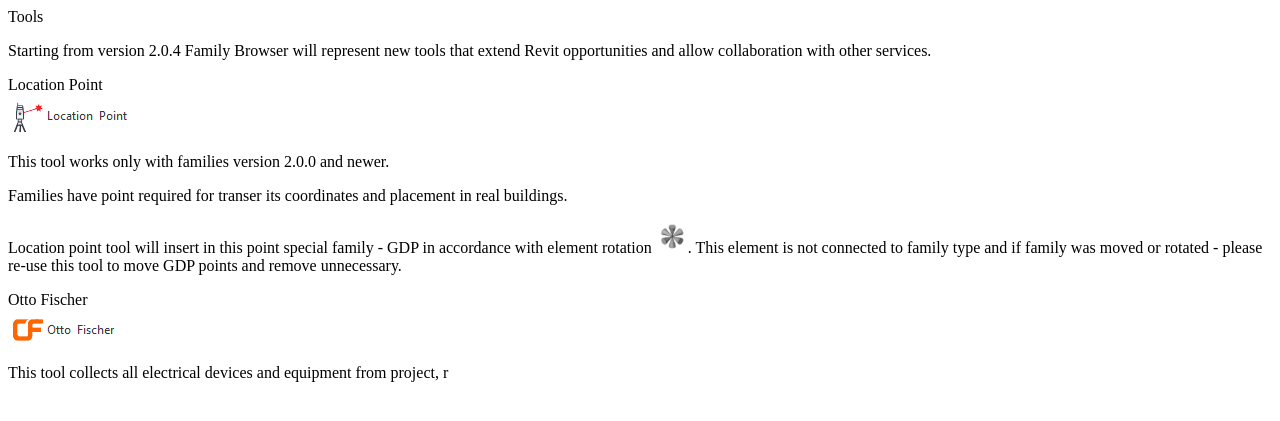
Repository: RomanLavrov/FamilyBrowserUserGuide
Page: http://localhost/FamilyBrowser/application/views/en/tools_view.php
The author's editor kept a copy of each file at every save. The page is drawn from the files as they stood at one save, then again after a run of saves.
The browser window is 1280 px wide. The pictures show the whole page.
The page is run by PHP 8.4 with error messages shown; the project is at /var/www/html/.

Above is the page before, as saved 2019-10-24 12:13:41.

After the next 2 saves:
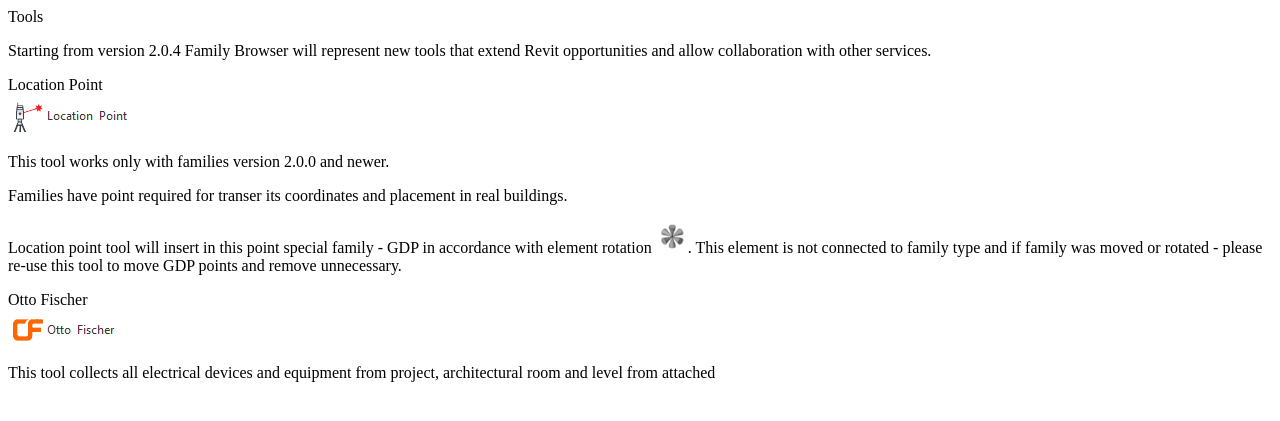
The 2 saves are shown as one change because they came seconds apart.
The last was saved 14 s later.
--- a/FamilyBrowser/application/views/en/tools_view.php
+++ b/FamilyBrowser/application/views/en/tools_view.php
@@ -19,5 +19,5 @@
 <div class="article-header">Otto Fischer</div>
 <div class="article-content">
 <img src="/FamilyBrowser/images/OttoFischerButton.png" alt="OttoFischer"/>
-<p>This tool collects all electrical devices and equipment from project, r</p>
+<p>This tool collects all electrical devices and equipment from project, architectural room and level from attached </p>
 </div>
